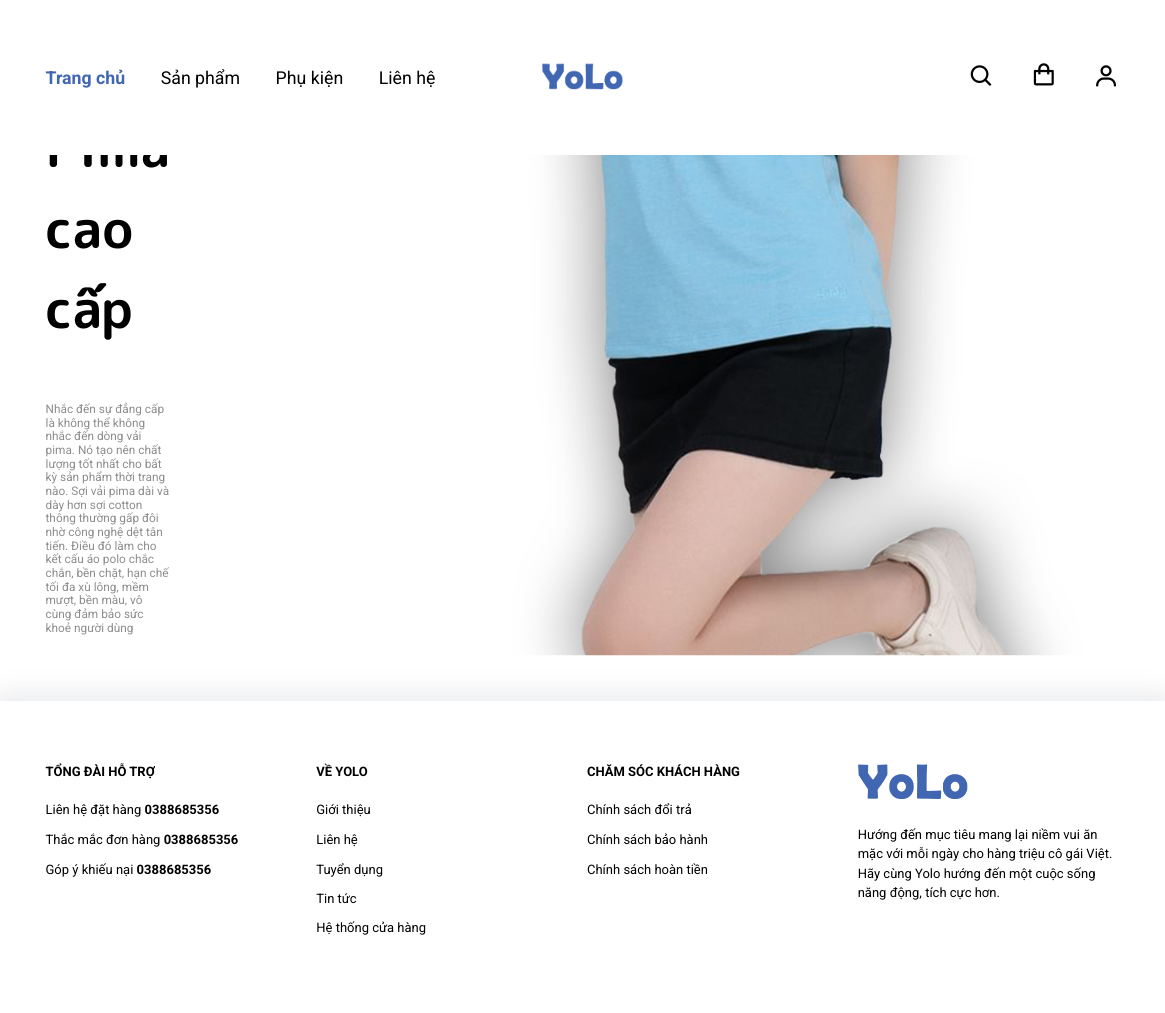
Repository: NguyenThanhBinh1210/Binh-React
Page: / (app in yoloshop/)
An editor plug-in stored every save of this project. The page is shown before and after the next save, followed by the edit.
The browser window is 1280 px wide. The pictures show the whole page, at 91% of full size.
The project was rebuilt for these pictures with package versions that can differ from the ones it lists, and the page was loaded fresh each time. A package was used in the major version that the imports need, not the one package.json lists. Also part of the build but not shown: yoloshop/src/pages/Product.jsx, yoloshop/src/pages/Catalog.jsx, yoloshop/src/pages/Cart.jsx, yoloshop/src/pages/Accessory.jsx, yoloshop/src/pages/Contact.jsx.

Above is the page before, as saved 2021-11-25 12:09:18.

### yoloshop/src/index.js
import React from 'react'
import ReactDOM from 'react-dom'
import Layout from './components/Layout'
import reportWebVitals from './reportWebVitals'
import './assets/boxicons-2.0.7/css/boxicons.min.css'
import './sass/index.scss'

ReactDOM.render(
	<React.StrictMode>
		<Layout />
	</React.StrictMode>,
	document.getElementById('root')
)

// If you want to start measuring performance in your app, pass a function
// to log results (for example: reportWebVitals(console.log))
// or send to an analytics endpoint. Learn more: https://bit.ly/CRA-vitals
reportWebVitals()

### yoloshop/src/components/Layout.jsx
import React from 'react'
import { BrowserRouter, Route } from 'react-router-dom'
import Header from './Header'
import Footer from './Footer'
import Routess from '../routes/Routess'

export default function Layout() {
	return (
		<BrowserRouter>
			<Route
				render={props => (
					<div>
						<Header {...props} />
						<div className="container">
							<div className="main">
								<Routess />
							</div>
						</div>
						<Footer />
					</div>
				)}
			/>
		</BrowserRouter>
	)
}

### yoloshop/src/sass/index.scss
@import './variables';
@import './mixins';
@import './base.scss';

@import './components/header';
@import './components/footer';
@import './components/hero-slider';

### yoloshop/src/components/Header.jsx
import React, { useEffect, useRef } from 'react'
import logo from '../assets/images/Logo-2.png'
import { Link, useLocation } from 'react-router-dom'

const mainNav = [
	{
		display: 'Trang chủ',
		path: '/'
	},
	{
		display: 'Sản phẩm',
		path: '/catalog'
	},
	{
		display: 'Phụ kiện',
		path: '/accessories'
	},
	{
		display: 'Liên hệ',
		path: '/contact'
	}
]
export default function Header() {
	const { pathname } = useLocation()
	const activeNav = mainNav.findIndex(e => e.path === pathname)
	const headerRef = React.useRef(null)

	useEffect(() => {
		window.addEventListener('scroll', () => {
			if (
				document.body.scrollTop > 80 ||
				document.documentElement.scrollTop > 80
			) {
				headerRef.current.classList.add('shrink')
			} else {
				headerRef.current.classList.remove('shrink')
			}
		})
		return () => {
			window.removeEventListener('scroll')
		}
	}, [])

	const menuLeft = useRef(null)

	const menuToggle = () => menuLeft.current.classList.toggle('active')

	return (
		<div className="header" ref={headerRef}>
			<div className="container">
				<div className="header__logo">
					<Link to="/">
						<img src={logo} alt="logo" />
					</Link>
				</div>
				<div className="header__menu">
					<div className="header__menu__mobile-toggle" onClick={menuToggle}>
						<i class="bx bx-menu-alt-left"></i>
					</div>
					<div className="header__menu__left" ref={menuLeft}>
						<div className="header__menu__left__close" onClick={menuToggle}>
							<i class="bx bx-chevron-left"></i>
						</div>
						{mainNav.map((item, index) => (
							<div
								key={index}
								className={`header__menu__item  header__menu__left__item ${
									index === activeNav ? 'active' : ''
								}`}
								onClick={menuToggle}
							>
								<Link to={item.path}>
									<span>{item.display}</span>
								</Link>
							</div>
						))}
					</div>
					<div className="header__menu__right">
						<div className="header__menu__item header__menu__right__item">
							<i class="bx bx-search"></i>
						</div>
						<div className="header__menu__item header__menu__right__item">
							<Link to="/cart">
								<i class="bx bx-shopping-bag"></i>
							</Link>
						</div>
						<div className="header__menu__item header__menu__right__item">
							<i class="bx bx-user"></i>
						</div>
					</div>
				</div>
			</div>
		</div>
	)
}

### yoloshop/src/components/Footer.jsx
import React from 'react'
import { Link } from 'react-router-dom'
import Grid from './Grid'
import logo from '../assets/images/Logo-2.png'

const footerAboutLinks = [
	{
		display: 'Giới thiệu',
		path: '/about'
	},
	{
		display: 'Liên hệ',
		path: '/contact'
	},
	{
		display: 'Tuyển dụng',
		path: '/about'
	},
	{
		display: 'Tin tức',
		path: '/about'
	},
	{
		display: 'Hệ thống cửa hàng',
		path: '/about'
	}
]

const footerCustomLinks = [
	{
		display: 'Chính sách đổi trả',
		path: '/about'
	},

	{
		display: 'Chính sách bảo hành',
		path: '/about'
	},

	{
		display: 'Chính sách hoàn tiền',
		path: '/about'
	}
]

export default function Footer() {
	return (
		<footer className="footer">
			<div className="container">
				<Grid col={4} mdCol={2} smCol={1} gap={10}>
					<div>
						<div className="footer__title">Tổng đài hỗ trợ</div>
						<div className="footer__content">
							<p>
								Liên hệ đặt hàng <strong> 0388685356</strong>
							</p>
							<p>
								Thắc mắc đơn hàng <strong> 0388685356</strong>
							</p>
							<p>
								Góp ý khiếu nại <strong> 0388685356</strong>
							</p>
						</div>
					</div>
					<div>
						<div className="footer__title">Về Yolo</div>
						<div className="footer__content">
							{footerAboutLinks.map((item, i) => (
								<p key={i} className="">
									<Link to={item.path}>{item.display}</Link>
								</p>
							))}
						</div>
					</div>
					<div>
						<div className="footer__title">Chăm sóc khách hàng</div>
						<div className="footer__content">
							{footerCustomLinks.map((item, i) => (
								<p key={i} className="">
									<Link to={item.path}>{item.display}</Link>
								</p>
							))}
						</div>
					</div>
					<div className="footer__about">
						<p>
							<Link to="/">
								<img src={logo} className="footer__logo" alt="logo" />
							</Link>
						</p>
						<p>
							Hướng đến mục tiêu mang lại niềm vui ăn mặc với mỗi ngày cho hàng
							triệu cô gái Việt. Hãy cùng Yolo hướng đến một cuộc sống năng
							động, tích cực hơn.
						</p>
					</div>
				</Grid>
			</div>
		</footer>
	)
}

### yoloshop/src/routes/Routess.jsx
import React from 'react'
import { Switch, Route } from 'react-router-dom'
import Home from '../pages/Home'
import Product from '../pages/Product'
import Catalog from '../pages/Catalog'
import Cart from '../pages/Cart'
import Accessory from '../pages/Accessory'
import Contact from '../pages/Contact'

const Routess = () => {
	return (
		<Switch>
			<Route path="/" exact component={Home}></Route>
			<Route path="/catalog/:slug" component={Product}></Route>
			<Route path="/catalog" component={Catalog}></Route>
			<Route path="/cart" component={Cart}></Route>
			<Route path="/accessories" component={Accessory}></Route>
			<Route path="/contact" component={Contact}></Route>
		</Switch>
	)
}

export default Routess

### yoloshop/src/sass/_variables.scss
$main-bg: #fff;
$main-color: #4267b2;

$txt-main-color: #000000;
$txt-second-color: #8d8d8d;
$txt-white: #fff;

$btn-main-bg: $main-color;
$btn-main-color: #fff;

$header-height: 170px;
$header-tablet-height: 70px;
$header-mobile-height: 40px;
$header-shrink-height: 70px;

$box-shadow: rgba(149, 157, 165, 0.2) 0px 0px 24px 8px;

$colors: (
	'blue': #4267b2,
	'orange': #fbb96b,
	'pink': #fe7e73,
	'white': #fff,
	'black': #000,
	'main': $main-color
);

$mobile-width: 600px;
$tablet-width: 1024px;

$numbers: (0, 1, 2, 3, 4, 5, 6, 7, 8);

### yoloshop/src/sass/_mixins.scss
@mixin flex($align-item, $justify-content) {
	display: flex;
	align-items: $align-item;
	justify-content: $justify-content;
}

@mixin mobile {
	@media only screen and (max-width: $mobile-width) {
		@content;
	}
}
@mixin tablet {
	@media only screen and (max-width: $tablet-width) {
		@content;
	}
}

### yoloshop/src/sass/_base.scss
@import url('https://fonts.googleapis.com/css2?family=Roboto:ital,wght@0,100;0,300;0,400;0,500;0,700;0,900;1,100;1,300;1,400;1,500;1,700;1,900&display=swap');

@import url('https://fonts.googleapis.com/css2?family=M+PLUS+Rounded+1c:wght@100;300;400;500;700;800;900&display=swap');

* {
	padding: 0;
	margin: 0;
	box-sizing: border-box;
	-webkit-tap-highlight-color: transparent;
	user-select: none;
}

html {
	font-size: 13px;
}

body {
	font-family: 'Roboto', sans-serif;
}

ul {
	list-style-type: none;
}

a {
	text-decoration: none;
	color: unset;
}

@each $color, $val in $colors {
	.color-#{$color} {
		color: $val;
	}

	.bg-#{$color} {
		background-color: $val;
	}
}

@each $val in $numbers {
	.grid-col-#{$val} {
		grid-template-columns: repeat($val, 1fr);
	}
}

@each $val in $numbers {
	.grid-col-md-#{$val} {
		@include tablet {
			grid-template-columns: repeat($val, 1fr);
		}
	}
}

@each $val in $numbers {
	.grid-col-sm-#{$val} {
		@include mobile {
			grid-template-columns: repeat($val, 1fr);
		}
	}
}

.container {
	width: 100%;
	max-width: 1620px;
	padding: 0 50px;
	margin: auto;

	@include tablet {
		padding: 0 20px;
	}

	@include mobile {
		padding: 0 10px;
	}
}

.main {
	margin-top: $header-height;
	margin-bottom: 2rem;
	min-height: 100vh;

	@include tablet {
		margin-top: calc(#{$header-tablet-height} + 20px);
	}
	@include mobile {
		margin-top: calc(#{$header-mobile-height} + 10px);
	}
}

.grid {
	display: grid;
}

### yoloshop/src/sass/components/_header.scss
.header {
	background-color: $main-bg;
	position: fixed;
	top: 0;
	left: 0;
	width: 100%;
	z-index: 99;
	height: $header-height;
	transition: height 0.3s ease;

	@include tablet {
		height: $header-tablet-height;
		box-shadow: $box-shadow;
	}
	@include mobile {
		height: $header-mobile-height;
	}

	.container {
		height: 100%;
	}

	&.shrink {
		height: $header-shrink-height;
		box-shadow: $box-shadow;
	}

	&__logo {
		@include flex(center, center);
		position: absolute;
		inset: 0;
		pointer-events: none;

		img {
			height: 28px;
		}
	}

	&__menu {
		@include flex(center, space-between);
		height: 100%;
		font-size: 1.5rem;

		&__item ~ &__item {
			margin-left: 39px;
			@include tablet {
				margin-left: 20px;
			}
			@include mobile {
				margin-left: 10px;
			}
		}
		&__item.active {
			font-weight: 600;
			color: $main-color;
		}
		&__item:hover {
			color: $main-color;
		}
		&__left,
		&__right {
			@include flex(center, center);
			height: 100%;
		}

		&__right {
			font-size: 2.25rem;
			&__item {
				@include flex(center, center);
			}
			@include mobile {
				font-size: 1.5rem;
			}
		}

		&__left {
			&__close {
				display: none;
			}

			@include tablet {
				flex-direction: column;
				background-color: $main-bg;
				position: absolute;
				left: 0;
				top: 0;
				width: 100%;
				height: 100vh;
				justify-content: flex-start;
				padding-top: 30px;
				transform: translateX(-100%);
				transition: transform 0.5s ease;

				&.active {
					transform: translateX(0);
				}

				&__item ~ &__item {
					margin-left: unset;
					margin-top: 20px;
				}
				&__close {
					display: block;
					position: absolute;
					left: 20px;
					font-size: 2.5rem;
				}
			}
		}
		&__mobile-toggle {
			display: none;

			@include tablet {
				display: block;
				font-size: 2.5rem;
			}
		}
	}
}

### yoloshop/src/sass/components/_footer.scss
.footer {
	padding: 70px 0;
	box-shadow: $box-shadow;
	font-size: 1.1rem;
	a:hover {
		color: $main-color;
	}
	&__logo {
		height: 38px;
	}
	&__about {
		p {
			margin-bottom: 2rem;
		}
		p:not(:first-child) {
			line-height: 1.5;
		}
	}
	&__title {
		text-transform: uppercase;
		margin-bottom: 2rem;
		font-weight: 600;
	}
	&__content {
		p {
			margin-bottom: 1.25rem;
		}
	}
}

### yoloshop/src/sass/components/_hero-slider.scss
.hero-slider {
	height: 100vh;
	max-height: 1080px;
	overflow: hidden;
	position: relative;
	margin-bottom: 50px;
	margin-top: calc(#{$header-height} * -1);
	@include tablet {
		margin-top: calc(#{$header-tablet-height} * -1);
	}
	@include mobile {
		margin-top: calc(#{$header-mobile-height} * -1);
	}
	&__item {
		@include flex(center, space-between);
		opacity: 0;
		visibility: hidden;
		pointer-events: none;
		position: absolute;
		inset: 0;
		&.active {
			opacity: 1;
			visibility: visible;
			pointer-events: visible;
		}
		&__info {
			width: 58.33%;
			&__title,
			&__description {
				margin-bottom: 60px;

				@include tablet {
					margin-bottom: 15px;
				}
			}
			&__title {
				font-family: 'M Plus Rounded 1c', sans-serif;
				font-weight: 600;
				font-size: 4.5rem;
				line-height: 6.75rem;
				overflow: hidden;
			}
			&__description {
				color: $txt-second-color;
			}
		}
	}
}

### yoloshop/src/components/Grid.jsx
import React from 'react'
import PropTypes from 'prop-types'

const Grid = props => {
	const style = {
		gap: props.gap ? `${props.gap}px` : '0'
	}
	const col = props.col ? `grid-col-${props.col}` : '0'
	const mdCol = props.mdCol ? `grid-col-${props.mdCol}` : '0'
	const smCol = props.smCol ? `grid-col-${props.smCol}` : '0'
	return (
		<div className={`grid ${col} ${mdCol} ${smCol}`} style={style}>
			{props.children}
		</div>
	)
}

Grid.propTypes = {
	col: PropTypes.number.isRequired,
	mdCol: PropTypes.number,
	smCol: PropTypes.number,
	gap: PropTypes.number
}

export default Grid

### yoloshop/src/pages/Home.jsx
import React from 'react'
import heroSliderData from '../assets/fake-data/hero-slider'
import Helmet from '../components/Helmet'
import HeroSlider from '../components/HeroSlider'

const Home = () => {
	return (
		<Helmet title="Trang chủ">
			{/* Hero slider */}
			<HeroSlider data={heroSliderData} />
		</Helmet>
	)
}

export default Home

### yoloshop/src/assets/fake-data/hero-slider.js
const img1 = require('../images/slider/slide_1.png').default
const img2 = require('../images/slider/slide_2.png').default
const img3 = require('../images/slider/slide_3.png').default

const heroSliderData = [
	{
		title: 'Polo nữ Pima cao cấp',
		description:
			'Nhắc đến sự đẳng cấp là không thể không nhắc đến dòng vải pima. Nó tạo nên chất lượng tốt nhất cho bất kỳ sản phẩm thời trang nào. Sợi vải pima dài và dày hơn sợi cotton thông thường gấp đôi nhờ công nghệ dệt tân tiến. Điều đó làm cho kết cấu áo polo chắc chắn, bền chặt, hạn chế tối đa xù lông, mềm mượt, bền màu, vô cùng đảm bảo sức khoẻ người dùng',
		img: img1,
		color: 'blue',
		path: '/catalog/ao-thun-dinosaur-01'
	},
	{
		title: 'Polo Nữ Dáng Suông Modal',
		description:
			'Polo nữ dáng suông Modal sử dụng công nghệ vải cao cấp thân thiện với môi trường sản xuất độc quyền chống co rút vải, áo polo nữ vải modal là sản phẩm thích hợp cho các bạn có môi trường làm việc năng động như hiện nay',
		img: img2,
		path: '/catalog/ao-thun-dinosaur-02',
		color: 'pink'
	},
	{
		title: 'Polo Nữ Coolmax Lacoste',
		description:
			'Mẫu áo polo nữ được làm bằng chất liệu coolmax đem lại cảm giác mát lạnh khi mặc. Thiết kế mẫu áo polo coolmax này có kiểu dáng cực kỳ thoải mái. Tạo sự gọn gàng hứa hẹn sẽ là mẫu áo polo vô cùng hot trong thời điểm sắp tới',
		img: img3,
		path: '/catalog/ao-thun-dinosaur-03',
		color: 'orange'
	}
]

export default heroSliderData

### yoloshop/src/components/Helmet.jsx
import React from 'react'
import PropTypes from 'prop-types'

const Helmet = props => {
	document.title = 'Yolo - ' + props.title

	return <div>{props.children}</div>
}

Helmet.propTypes = {
	title: PropTypes.string.isRequired
}

export default Helmet

### yoloshop/src/components/HeroSlider.jsx
import React from 'react'
import PropTypes from 'prop-types'
import { Link } from 'react-router-dom'

const HeroSlider = props => {
	const data = props.data
	const activeSlider = 0
	return (
		<div className="hero-slider">
			{data.map((item, index) => (
				<HeroSliderItem
					key={index}
					item={item}
					active={index === activeSlider}
				/>
			))}
		</div>
	)
}

HeroSlider.propTypes = {
	data: PropTypes.array.isRequired
}

const HeroSliderItem = props => (
	<div className={`hero-slider__item ${props.active ? 'active' : ''}`}>
		<div className="hero-slider__item__info">
			<div className="hero-slider__item__info__title">
				<span> {props.item.title}</span>
			</div>
			<div className="hero-slider__item__info__description">
				<span> {props.item.description}</span>
			</div>
			<div className="hero-slider__item__info__btn">
				<Link to={props.item.path}>
					<button>Xem chi tiết</button>
				</Link>
			</div>
		</div>
		<div className="hero-slider__item__image">
			<img src={props.item.img} alt={props.item.title} />
		</div>
	</div>
)

export default HeroSlider

Loaded but not shown: yoloshop/public/index.html (common file); yoloshop/src/reportWebVitals.js (common file); yoloshop/src/assets/boxicons-2.0.7/css/boxicons.min.css (library)

After the next save:
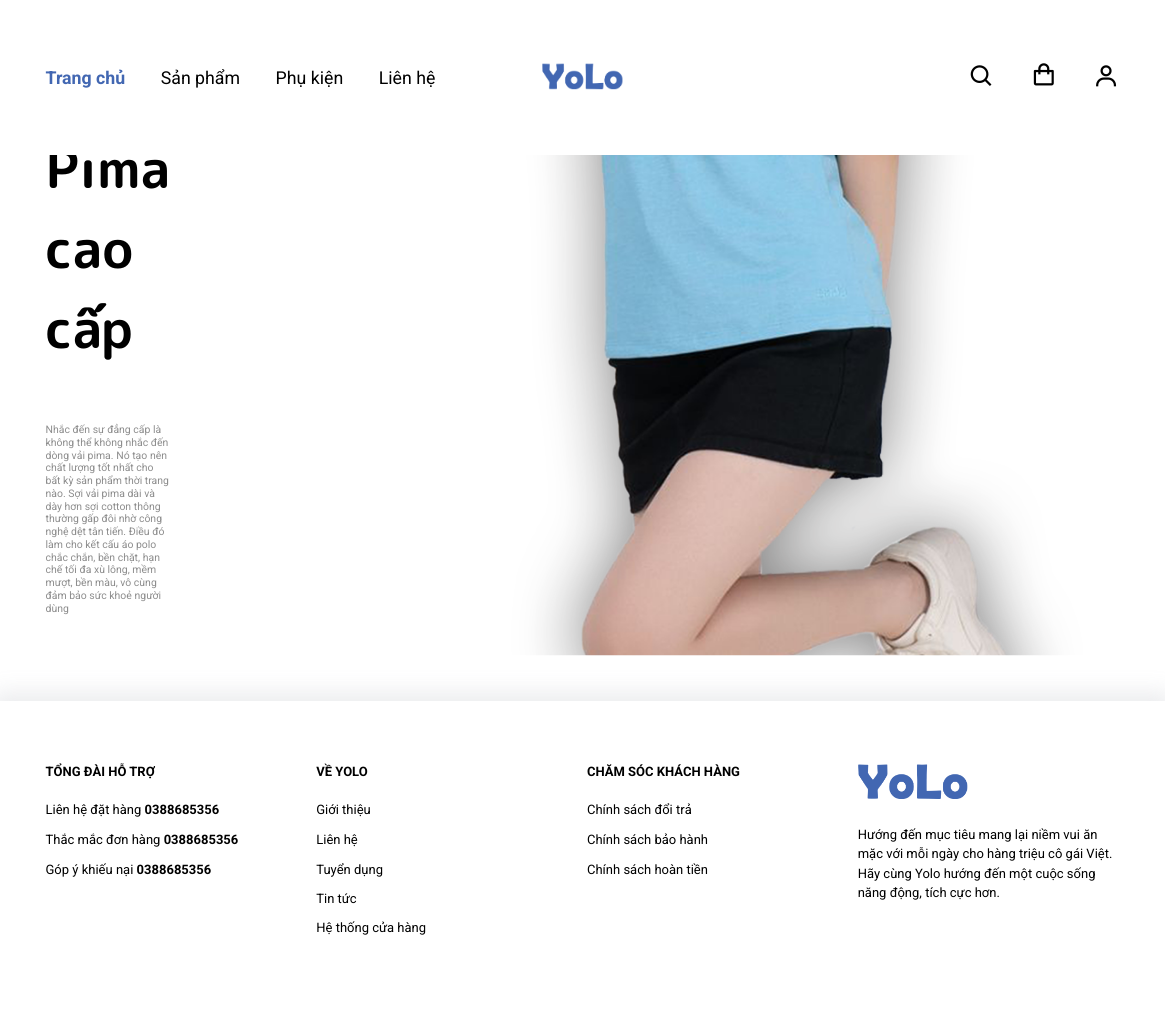
Saved 8 s later.
--- a/yoloshop/src/sass/components/_hero-slider.scss
+++ b/yoloshop/src/sass/components/_hero-slider.scss
@@ -42,6 +42,7 @@
 			}
 			&__description {
 				color: $txt-second-color;
+				font-size: 11.5px;
 			}
 		}
 	}
